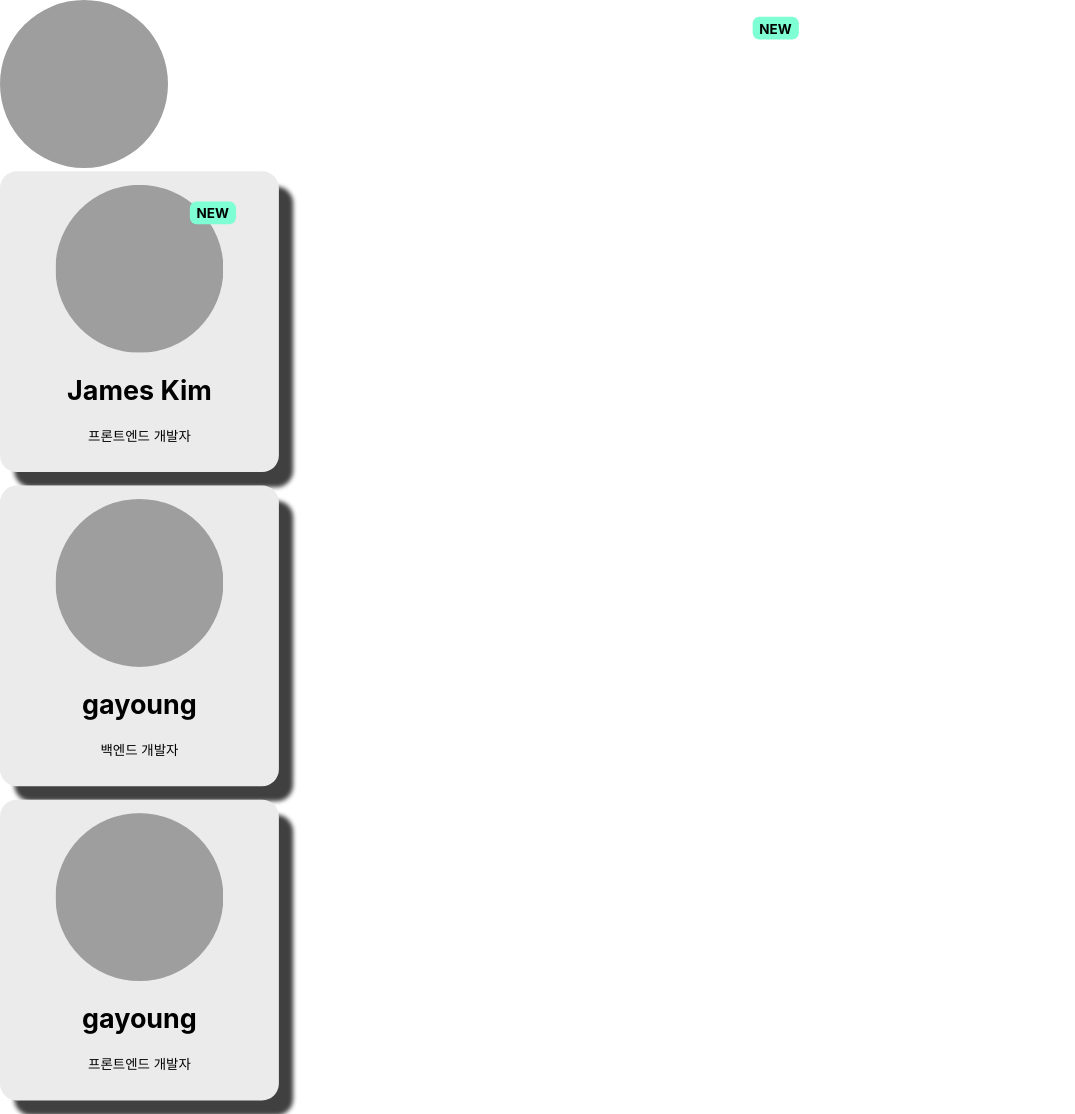
Repository: Yugayoung/css-example
Page: / (app in react/basic/)
An editor plug-in stored every save of this project. The page is shown before and after the next save, followed by the edit.
The browser window is 1280 px wide. The pictures show the whole page, at 84% of full size.
Pictures or frames that could not be fetched are drawn as grey boxes. The project was rebuilt for these pictures with package versions that can differ from the ones it lists, and the page was loaded fresh each time.

Above is the page before, as saved 2023-12-19 11:59:54.

After the next save:
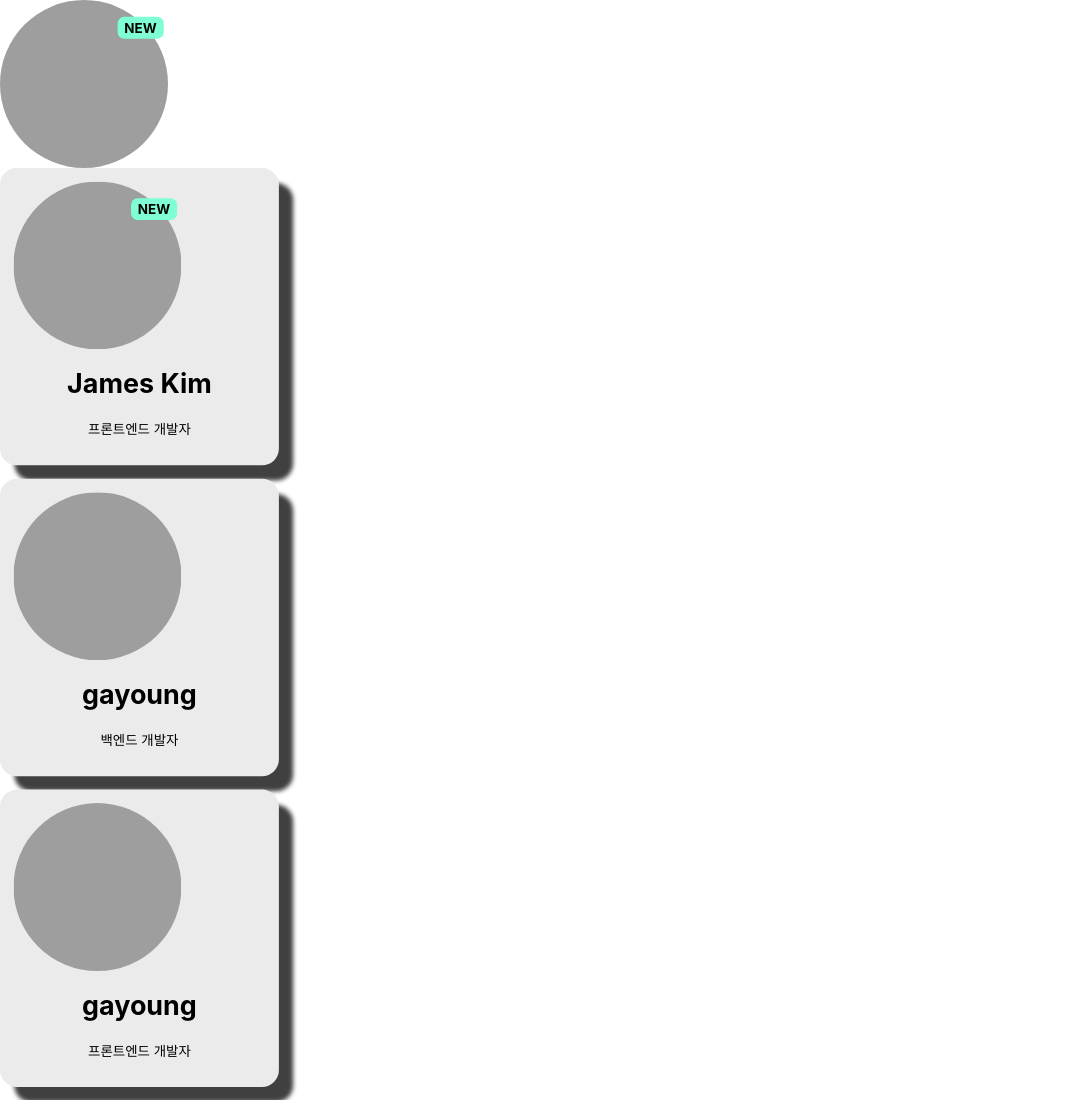
Saved 27 s later.
--- a/react/basic/src/App.css
+++ b/react/basic/src/App.css
@@ -23,7 +23,11 @@
 
 .avatar {
   position: relative;
+  width: 200px;
+  height: 200px;
+  text-align: center;
 }
+
 .new {
   position: absolute;
   left: 70%;
